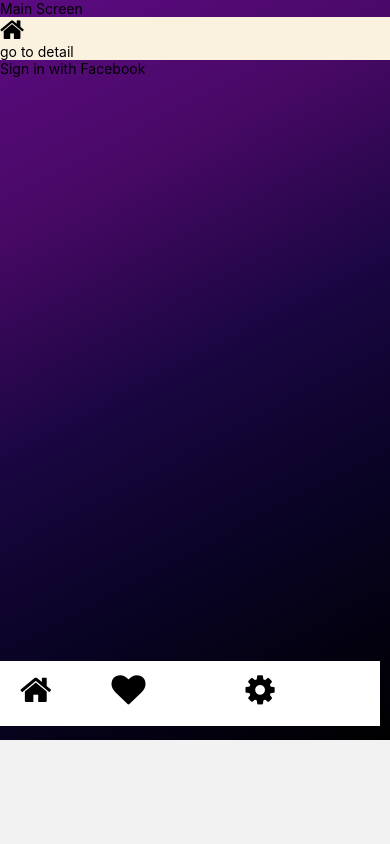
Repository: eyebone/barManager
Screen: /Main
These files come from the project's save history. The screen is drawn as it stood at one moment and after a run of saves; the edit follows.
The app was drawn by React Native's web renderer in a window 390 px wide. The project was rebuilt for these pictures with package versions that can differ from the ones it lists, and the page was loaded fresh each time. Some packages were replaced by stand-ins written for this rebuild. Also part of the build but not shown: components/EmojiPicker.js, components/Button.js, components/ImageViewer.js, components/circleButton.js, components/IconButton.js, view/ViewOne.js, view/Sign.js.

Above is the screen before, as saved 2023-06-27 09:05:54.

### App.js
// In App.js in a new project

import * as React from "react";
import { Button, View, Text, StyleSheet, Pressable, Alert } from "react-native";
// import React-native from 'react-native';
import { NavigationContainer } from "@react-navigation/native";
import { createNativeStackNavigator } from "@react-navigation/native-stack";
import { ViewOne } from "./view/ViewOne";
import { SignView } from "./view/Sign";
import { LinearGradient } from "expo-linear-gradient";
import FontAwesome from "react-native-vector-icons/FontAwesome";
import { MainView } from "./view/Main";
import { NavigationBar } from "./components/NavigationBar";
function HomeScreen({ navigation }) {
  return (
    <View style={styles.container}>
      <LinearGradient
        start={{ x: 0, y: 0 }}
        end={{ x: 1, y: 1 }}
        colors={["#5c0b82", "#480965", "#190641", "#070320", "#000000"]}
        style={styles.linearGradient}
      >
        <Text>Home Screen</Text>
        <Pressable
          style={(styles.button, { backgroundColor: "#faf2de" })}
          onPress={() => navigation.push("test")}
        >
          <FontAwesome name="home" size={26} style={{ paddingRight: 8 }} />
          <Text>go to detail</Text>
        </Pressable>

        <Button
          title="Go to Sign"
          onPress={() => navigation.navigate("sign")}
        />
        <Text style={styles.buttonText}>Sign in with Facebook</Text>
      </LinearGradient>
    </View>
  );
}

const Stack = createNativeStackNavigator();

function App() {
  return (
    <NavigationContainer style={styles.container}>
      <Stack.Navigator initialRouteName="Home">
        <Stack.Screen
          name="Home"
          component={HomeScreen}
          // options={{ title: "Overview", backgroundColor: "transparent" }}
          options={{ headerShown: false }}
        />

        <Stack.Screen name="test" component={ViewOne} />
        <Stack.Screen
          name="sign"
          component={SignView}
          options={{ headerShown: false }}
        />
        <Stack.Screen
          name="Main"
          component={MainView}
          options={{ headerShown: false }}
        />
      </Stack.Navigator>
    </NavigationContainer>
  );
}

export default App;

const styles = StyleSheet.create({
  container: {
    flex: 1,
    flexDirection: "column",
    backgroundColor: "#000000",
    //    alignItems: 'center',
  },
  linearGradient: {
    height: 740,
  },
  button: {
    borderRadius: 10,
    width: 300,
    height: 30,
    alignItems: "center",
    justifyContent: "center",
    flexDirection: "row",
  },
});

### view/Main.js
// 这是主界面

import { useState } from "react";
import { StatusBar } from "expo-status-bar";
import { StyleSheet, View } from "react-native";
import * as ImagePicker from "expo-image-picker";
import EmojiPicker from "../components/EmojiPicker";
import Button from "../components/Button";
import ImageViewer from "../components/ImageViewer";
import CircleButton from "../components/circleButton";
import IconButton from "../components/IconButton";
import { NavigationContainer } from "@react-navigation/native";
import { createNativeStackNavigator } from "@react-navigation/native-stack";
import { Text, Pressable } from "react-native";
import { NavigationBar } from "../components/NavigationBar";
import { LinearGradient } from "expo-linear-gradient";
import FontAwesome from "react-native-vector-icons/FontAwesome";

export function MainView({ navigation }) {
  return (
    <LinearGradient
      start={{ x: 0, y: 0 }}
      end={{ x: 1, y: 1 }}
      colors={["#5c0b82", "#480965", "#190641", "#070320", "#000000"]}
      style={styles.linearGradient}
    >
      <Text>Main Screen</Text>
      <Pressable
        style={(styles.button, { backgroundColor: "#faf2de" })}

      >
        <FontAwesome name="home" size={26} style={{ paddingRight: 8 }} />
        <Text>go to detail</Text>
      </Pressable>


      <Text style={styles.buttonText}>Sign in with Facebook</Text>
      <NavigationBar />
    </LinearGradient>
  );
}

const styles = StyleSheet.create({
  container: {
    flex: 1,
    flexDirection: "column",
    backgroundColor: "#000000",
    //    alignItems: 'center',
  },
  linearGradient: {
    height: 740,
  },
  button: {
    borderRadius: 10,
    width: 300,
    height: 30,
    alignItems: "center",
    justifyContent: "center",
    flexDirection: "row",
  },
});

### components/NavigationBar.js
//这是底部导航栏
import { StatusBar } from "expo-status-bar";
import { StyleSheet, View, Text } from "react-native";
import Button from "../components/Button";
import ImageViewer from "../components/ImageViewer";
import * as ImagePicker from "expo-image-picker";
import { useState } from "react";
const PlaceholderImage = require("../assets/images/background-image.png");
import * as React from "react";
import FontAwesome from "react-native-vector-icons/FontAwesome";
import {
  FlatList,
  Image,
  Platform,
  Pressable,
  PixelRatio,
  TextInput,
  Alert,
} from "react-native";
import { NavigationContainer } from "@react-navigation/native";
import { createNativeStackNavigator } from "@react-navigation/native-stack";
import { LinearGradient } from "expo-linear-gradient";
import CircleButton from "./circleButton";
export function NavigationBar({ navigation }) {
  return (
    <View style={styles.bar}>
      <Pressable
        style={{ marginLeft: 20, marginTop: 12 }}
        onPress={() => navigation.push("Home")}
      >
        <FontAwesome name="home" size={34}></FontAwesome>
      </Pressable>
      <Pressable>
        <FontAwesome
          name="heart"
          size={34}
          style={{ marginLeft: 60, marginTop: 12 }}
        ></FontAwesome>
      </Pressable>
      {/* <CircleButton /> */}
      <Pressable>
        <FontAwesome
          name="cog"
          size={34}
          style={{ marginLeft: 100, marginTop: 12 }}
        ></FontAwesome>
      </Pressable>
    </View>
  );
}

const styles = StyleSheet.create({
  bar: {
    width: 380,
    height: 65,
    backgroundColor: "#fff",
    marginTop: 584,
    flexDirection: "row",
  },
});

After the next 2 saves:
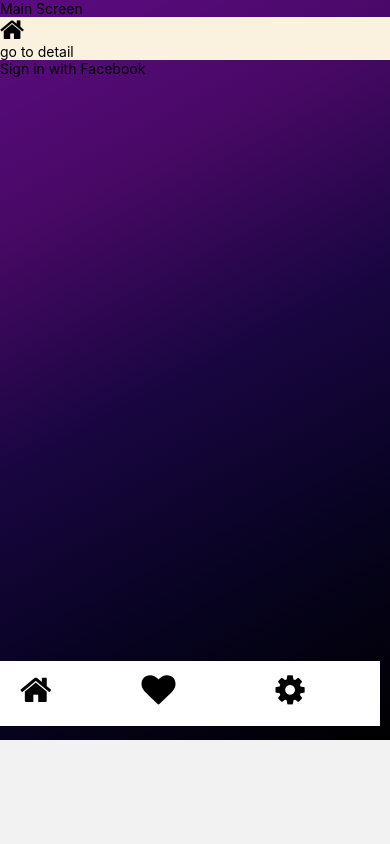
The 2 saves are shown as one change because they came seconds apart.
The last was saved 9 s later.
--- a/components/NavigationBar.js
+++ b/components/NavigationBar.js
@@ -34,7 +34,7 @@ export function NavigationBar({ navigation }) {
         <FontAwesome
           name="heart"
           size={34}
-          style={{ marginLeft: 60, marginTop: 12 }}
+          style={{ marginLeft: 90, marginTop: 12 }}
         ></FontAwesome>
       </Pressable>
       {/* <CircleButton /> */}
